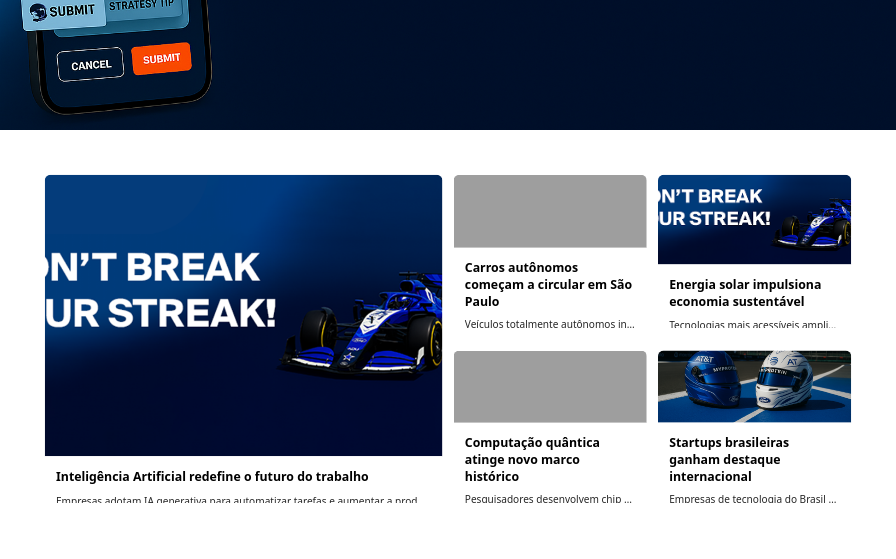
Repository: pedroantoniosi/ngm-esports-site
Page: /
An editor plug-in stored every save of this project. The page is shown before and after the next save, followed by the edit.
The browser window is 1280 px wide. The pictures show the part of the page from y = 534 to 2454 px (the page is 1333 px tall before and 3448 px after), at 70% of full size.
Pictures or frames that could not be fetched are drawn as grey boxes. The project was rebuilt for these pictures with package versions that can differ from the ones it lists, and the page was loaded fresh each time. Also part of the build but not shown: vite.config.ts.

Above is the page before, as saved 2025-10-27 15:50:07.

### index.html
<!doctype html>
<html lang="en">
  <head>
    <meta charset="UTF-8" />
    <link rel="icon" type="image/svg+xml" href="/vite.svg" />
    <meta name="viewport" content="width=device-width, initial-scale=1.0" />
    <title>ngmesports</title>
  </head>
  <body>
    <div id="root"></div>
    <script type="module" src="/src/main.tsx"></script>
  </body>
</html>

### src/main.tsx
import { StrictMode } from "react";
import { createRoot } from "react-dom/client";
import "./index.css";
import "./reset.css";
import App from "./App.tsx";

createRoot(document.getElementById("root")!).render(
  <StrictMode>
    <App />
  </StrictMode>
);

### src/index.css
:root {
  font-family: system-ui, Avenir, Helvetica, Arial, sans-serif;
  font-weight: 400;

  color-scheme: light dark;
  color: rgba(255, 255, 255, 0.87);
  background-color: #001A32;

  font-synthesis: none;
  text-rendering: optimizeLegibility;
  -webkit-font-smoothing: antialiased;
  -moz-osx-font-smoothing: grayscale;
}

.container {
  margin: 0 auto;
  max-width: 1660px;
}




.hero-container {
  min-height: 100svh;
  background-image: url('./assets/img/banner.png');
  background-repeat: no-repeat;
  background-size: cover;
}



.news-container {
  padding: 4rem;
  display: grid;
  grid-template-columns: repeat(4, 1fr);
  grid-template-rows: repeat(2, 1fr);
  gap: 16px;
  background-color: #fff;

  & :nth-child(1) {
    grid-column: span 2 / span 2;
    grid-row: span 2 / span 2;
    height: 100%;
  }

  & :nth-child(2) {
    grid-column-start: 3;
  }

  & :nth-child(3) {
    grid-column-start: 4;
  }

  & :nth-child(4) {
    grid-column-start: 3;
    grid-row-start: 2;
  }

  & :nth-child(5) {
    grid-column-start: 4;
    grid-row-start: 2;
  }

  & .card {
    display: flex;
    flex-direction: column;
    border-radius: 8px;
    overflow: hidden;


    & img {
      width: 100%;
      aspect-ratio: 16/6;
      object-fit: cover;
      background-position: center;
    }

    & .card-caption {
      display: flex;
      flex-direction: column;
      gap: .5rem;
      padding: 1rem;
      background-color: hsl(0, 0%, 100%);
      color: hsl(0, 0%, 0%);

      & .title {
        font-size: 1.1rem;
      }

      & .subtitle {
        font-size: .9rem;
        color: hsl(0, 0%, 15%);
        text-overflow: ellipsis;
        overflow: hidden;
        white-space: nowrap;
      }
    }
  }
}

### src/reset.css
/* <!-- ----------------------------------------------------------------------------------------------------------------- --> */
*,
*::before,
*::after {
  margin: 0;
  padding: 0;
  box-sizing: border-box;
  font-family: system-ui, -apple-system, BlinkMacSystemFont, "Segoe UI", Roboto, Oxygen, Ubuntu, Cantarell, "Open Sans", "Helvetica Neue", sans-serif;
}

input,
button,
select,
textarea {
  cursor: pointer;
  border: transparent;
  background-color: transparent;
  outline: none;
}

textarea {
  resize: none;
  min-height: 150px;

  /* Scrollbar moderno */
  &::-webkit-scrollbar {
    width: 12px;
    /* largura da barra lateral */
    height: 12px;
    /* altura da barra inferior */
  }

  &::-webkit-scrollbar-track {
    background: #0f0f0f;
    /* fundo do track */
  }

  &::-webkit-scrollbar-thumb {
    background-color: #555;
    border-radius: 10px;
    transition: background-color 0.3s ease;

    &:hover {
      background-color: #777;
      /* efeito hover suave */
    }

    &:active {
      background-color: #999;
      /* quando clica */
    }
  }

  /* Firefox */
  scrollbar-width: thin;
  scrollbar-color: #555 #0f0f0f;
}

ul,
ol {
  list-style: none;
}

a {
  text-decoration: none;
}

img,
picture {
  max-width: 100%;
  display: block;
  height: auto;
}

/* <!-- ----------------------------------------------------------------------------------------------------------------- --> */
.row-auto {
  display: flex;

  &>* {
    display: flex;
    flex: 1;
  }
}

.flex-1 {
  display: flex;
  flex: 1;
}

.flex-wrap {
  display: flex;
  flex-wrap: wrap;
}

/* <!-- ----------------------------------------------------------------------------------------------------------------- --> */
.row,
.row-xl,
.row-lg,
.row-md,
.row-sm {
  display: flex;
  flex-direction: row;
}

.col,
.col-xl,
.col-lg,
.col-md,
.col-sm {
  display: flex;
  flex-direction: column;
}

.row-reverse {
  display: flex;
  flex-direction: row-reverse;
}

.col-reverse {
  display: flex;
  flex-direction: column-reverse;
}

/* <!-- ----------------------------------------------------------------------------------------------------------------- --> */
.justify-center {
  justify-content: center;
}

.justify-around {
  justify-content: space-around;
}

.justify-between {
  justify-content: space-between;
}

.justify-evenly {
  justify-content: space-evenly;
}

.justify-start {
  justify-content: flex-start;
}

.justify-end {
  justify-content: flex-end;
}

/* <!-- ----------------------------------------------------------------------------------------------------------------- --> */
.align-center {
  align-items: center;
}

.align-start {
  align-items: start;
}

.align-end {
  align-items: end;
}

.align-self-center {
  align-self: center;
}

.align-self-start {
  align-self: flex-start;
}

.align-self-end {
  align-self: end;
}

/* <!-- ----------------------------------------------------------------------------------------------------------------- --> */
.gap-05 {
  gap: 0.5rem;
}

.gap-1 {
  gap: 1rem;
}

.gap-2 {
  gap: 2rem;
}

.gap-3 {
  gap: 3rem;
}

.gap-4 {
  gap: 4rem;
}

.gap-5 {
  gap: 5rem;
}

/* <!-- ----------------------------------------------------------------------------------------------------------------- --> */
.grid-auto {
  display: grid;
  grid-auto-flow: column;
  grid-auto-columns: 1fr;
}

.grid-2 {
  grid-template-columns: repeat(2, 1fr);
  grid-template-rows: auto;
}

.grid-3 {
  grid-template-columns: repeat(3, 1fr);
  grid-template-rows: auto;
}

.grid-4 {
  grid-template-columns: repeat(4, 1fr);
  grid-template-rows: auto;
}

.grid-5 {
  grid-template-columns: repeat(5, 1fr);
  grid-template-rows: auto;
}

.grid-6 {
  grid-template-columns: repeat(6, 1fr);
  grid-template-rows: auto;
}

.grid-7 {
  grid-template-columns: repeat(7, 1fr);
  grid-template-rows: auto;
}

.grid-8 {
  grid-template-columns: repeat(8, 1fr);
  grid-template-rows: auto;
}

.grid-9 {
  grid-template-columns: repeat(9, 1fr);
  grid-template-rows: auto;
}

.grid-10 {
  grid-template-columns: repeat(10, 1fr);
  grid-template-rows: auto;
}

.grid-11 {
  grid-template-columns: repeat(11, 1fr);
  grid-template-rows: auto;
}

.grid-12 {
  grid-template-columns: repeat(12, 1fr);
  grid-template-rows: auto;
}

.grid-2,
.grid-3,
.grid-4,
.grid-5,
.grid-6,
.grid-7,
.grid-8,
.grid-9,
.grid-10,
.grid-11,
.grid-12 {
  display: grid;
  grid-template-rows: 1fr;
}

/* <!-- -------------------------------- Margin -------------------------------- --> */
.m-auto {
  margin: 0 auto;
}

.mt-auto {
  margin-top: auto;
}

.mb-auto {
  margin-bottom: auto;
}

.ms-auto {
  margin-left: auto;
}

.me-auto {
  margin-right: auto;
}

.m-0 {
  margin: 0;
}

.m-05 {
  margin: 0.5rem;
}

.m-1 {
  margin: 1rem;
}

.m-2 {
  margin: 2rem;
}

.m-3 {
  margin: 3rem;
}

.m-4 {
  margin: 4rem;
}

.m-5 {
  margin: 5rem;
}

.mt-05 {
  margin-top: 0.5rem;
}

.mt-1 {
  margin-top: 1rem;
}

.mt-2 {
  margin-top: 2rem;
}

.mt-3 {
  margin-top: 3rem;
}

.mt-4 {
  margin-top: 4rem;
}

.mt-5 {
  margin-top: 5rem;
}

.mb-05 {
  margin-bottom: 0.5rem;
}

.mb-1 {
  margin-bottom: 1rem;
}

.mb-2 {
  margin-bottom: 2rem;
}

.mb-3 {
  margin-bottom: 3rem;
}

.mb-4 {
  margin-bottom: 4rem;
}

.mb-5 {
  margin-bottom: 5rem;
}

.ms-05 {
  margin-left: 0.5rem;
}

.ms-1 {
  margin-left: 1rem;
}

.ms-2 {
  margin-left: 2rem;
}

.ms-3 {
  margin-left: 3rem;
}

.ms-4 {
  margin-left: 4rem;
}

.ms-5 {
  margin-left: 5rem;
}

.me-05 {
  margin-right: 0.5rem;
}

.me-1 {
  margin-right: 1rem;
}

.me-2 {
  margin-right: 2rem;
}

.me-3 {
  margin-right: 3rem;
}

.me-4 {
  margin-right: 4rem;
}

.me-5 {
  margin-right: 5rem;
}

.mx-05 {
  margin-left: 0.5rem;
  margin-right: 0.5rem;
}

.mx-1 {
  margin-left: 1rem;
  margin-right: 1rem;
}

.mx-2 {
  margin-left: 2rem;
  margin-right: 2rem;
}

.mx-3 {
  margin-left: 3rem;
  margin-right: 3rem;
}

.mx-4 {
  margin-left: 4rem;
  margin-right: 4rem;
}

.mx-5 {
  margin-left: 5rem;
  margin-right: 5rem;
}

.my-05 {
  margin-top: 0.5rem;
  margin-bottom: 0.5rem;
}

.my-1 {
  margin-top: 1rem;
  margin-bottom: 1rem;
}

.my-2 {
  margin-top: 2rem;
  margin-bottom: 2rem;
}

.my-3 {
  margin-top: 3rem;
  margin-bottom: 3rem;
}

.my-4 {
  margin-top: 4rem;
  margin-bottom: 4rem;
}

.my-5 {
  margin-top: 5rem;
  margin-bottom: 5rem;
}

/* <!-- -------------------------------- Padding -------------------------------- --> */
.p-0 {
  padding: 0;
}

.p-05 {
  padding: 0.5rem;
}

.p-1 {
  padding: 1rem;
}

.p-2 {
  padding: 2rem;
}

.p-3 {
  padding: 3rem;
}

.p-4 {
  padding: 4rem;
}

.p-5 {
  padding: 5rem;
}

.pt-05 {
  padding-top: 0.5rem;
}

.pt-1 {
  padding-top: 1rem;
}

.pt-2 {
  padding-top: 2rem;
}

.pt-3 {
  padding-top: 3rem;
}

.pt-4 {
  padding-top: 4rem;
}

.pt-5 {
  padding-top: 5rem;
}

.pb-05 {
  padding-bottom: 0.5rem;
}

.pb-1 {
  padding-bottom: 1rem;
}

.pb-2 {
  padding-bottom: 2rem;
}

.pb-3 {
  padding-bottom: 3rem;
}

.pb-4 {
  padding-bottom: 4rem;
}

.pb-5 {
  padding-bottom: 5rem;
}

.ps-05 {
  padding-left: 0.5rem;
}

.ps-1 {
  padding-left: 1rem;
}

.ps-2 {
  padding-left: 2rem;
}

.ps-3 {
  padding-left: 3rem;
}

.ps-4 {
  padding-left: 4rem;
}

.ps-5 {
  padding-left: 5rem;
}

.pe-05 {
  padding-right: 0.5rem;
}

.pe-1 {
  padding-right: 1rem;
}

.pe-2 {
  padding-right: 2rem;
}

.pe-3 {
  padding-right: 3rem;
}

.pe-4 {
  padding-right: 4rem;
}

.pe-5 {
  padding-right: 5rem;
}

.px-05 {
  padding-left: 0.5rem;
  padding-right: 0.5rem;
}

.px-1 {
  padding-left: 1rem;
  padding-right: 1rem;
}

.px-2 {
  padding-left: 2rem;
  padding-right: 2rem;
}

.px-3 {
  padding-left: 3rem;
  padding-right: 3rem;
}

.px-4 {
  padding-left: 4rem;
  padding-right: 4rem;
}

.px-5 {
  padding-left: 5rem;
  padding-right: 5rem;
}

.py-05 {
  padding-top: 0.5rem;
  padding-bottom: 0.5rem;
}

.py-1 {
  padding-top: 1rem;
  padding-bottom: 1rem;
}

.py-2 {
  padding-top: 2rem;
  padding-bottom: 2rem;
}

.py-3 {
  padding-top: 3rem;
  padding-bottom: 3rem;
}

.py-4 {
  padding-top: 4rem;
  padding-bottom: 4rem;
}

.py-5 {
  padding-top: 5rem;
  padding-bottom: 5rem;
}

/* <!-- -------------------------------- Tools -------------------------------- --> */
.position-absolute {
  position: absolute;
}

.center-aboslute {
  top: 50%;
  left: 50%;
  transform: translate(-50%, -50%);
}

.position-relative {
  position: relative;
}

.position-fixed {
  position: fixed;
}

.position-sticky {
  position: sticky;
}

/* <!-- -------------------------------- Display -------------------------------- --> */
.row,
.row-xl,
.row-lg,
.row-md,
.row-sm {
  display: flex;
}

.d-grid,
.d-grid-xl,
.d-grid-lg,
.d-grid-md,
.d-grid-sm {
  display: grid;
}

.d-none,
.d-none-xl,
.d-none-lg,
.d-none-md,
.d-none-sm {
  display: none;
}

.d-block,
.d-block-xl,
.d-block-lg,
.d-block-md,
.d-block-sm {
  display: block;
}

.d-flex,
.d-flex-xl,
.d-flex-lg,
.d-flex-md,
.d-flex-sm {
  display: flex;
}

/* <!-- -------------------------------- Tools -------------------------------- --> */
.cursor-pointer {
  cursor: pointer;
}

.overflow-hidden {
  overflow: hidden;
}

.textwrap-none {
  white-space: none;
}

.select-none {
  -webkit-user-select: none;
  -moz-user-select: none;
  user-select: none;
}

.text-center {
  text-align: center;
}

.place-center {
  place-items: center;
}

.w-100 {
  width: 100%;
}

.h-100 {
  height: 100%;
}

/* Large screen devices (Desktops) */
@media (max-width: 992px) {
  .row-lg {
    display: flex;
    flex-direction: column;
  }

  .d-flex-lg {
    display: none;
  }

  .d-none-lg {
    display: block;
  }
}

/* Medium Screens Devices (Tablets) */
@media (max-width: 768px) {
  .row-md {
    display: flex;
    flex-direction: column;
  }

  .d-flex-md {
    display: none;
  }

  .d-none-md {
    display: block;
  }
}

/*  Small devices (Phones) */
@media (max-width: 568px) {
  .row-sm {
    display: flex;
    flex-direction: column;
  }

  .d-flex-sm {
    display: none;
  }

  .d-none-sm {
    display: block;
  }
}

/*# sourceMappingURL=reset.css.map */

### src/App.tsx
import Hero from "./components/Hero/Index";
import NewsTemplate from "./components/Template/NewsTemplate";
// import Container from "./components/Container/Index";

function App() {
  return (
    <>
      <Hero />
      <NewsTemplate></NewsTemplate>
    </>
  );
}

export default App;

### src/components/Hero/Index.tsx
import React from "react";

interface HeroProps {
  title?: string;
  subtitle?: string;
  children?: React.ReactNode;
}

const Hero = ({ title = "Welcome", subtitle, children }: HeroProps) => {
  return (
    <section className="hero-container" role="banner" aria-label="Hero">
      <div className="hero-content">
        <h1>{title}</h1>
        {subtitle && <p className="hero-subtitle">{subtitle}</p>}
        {children}
      </div>
    </section>
  );
};

export default Hero;

### src/components/Template/NewsTemplate.tsx
import { useEffect, useState } from "react";
import Card from "../Card";
import { newsData } from "../../api/newsApi";

interface NewsItem {
  img: string;
  title: string;
  subtitle: string;
}

const News = () => {
  const [news, setNews] = useState<NewsItem[]>([]);

  useEffect(() => {
    // Simula chamada de API local
    const fetchNews = async () => {
      await new Promise((resolve) => setTimeout(resolve, 300));
      setNews(newsData);
    };

    fetchNews();
  }, []);

  return (
    <section className="news-container">
      {news.map((item, index) => (
        <Card
          key={index}
          img={item.img}
          title={item.title}
          subtitle={item.subtitle}
        />
      ))}
    </section>
  );
};

export default News;

### src/components/Card/index.tsx
interface NewsProps {
  img?: string;
  title?: string;
  subtitle?: string;
  date?: number;
  children?: React.ReactNode;
}

const Card = ({ img, title, subtitle, children }: NewsProps) => {
  return (
    <>
      <div className="card  col" aria-label="Card">
        <figure className="background-img">
          <img src={img} alt="" />
        </figure>
        <div className="card-caption">
          <h2 className="title">{title}</h2>
          <p className="subtitle">{subtitle}</p>
        </div>
        {children}
      </div>
    </>
  );
};

export default Card;

### src/api/newsApi.tsx
import news1 from "../assets/img/news1.png";
import news2 from "../assets/img/news2.png";
import news3 from "../assets/img/news3.png";
import news4 from "../assets/img/news4.png";
import news5 from "../assets/img/news5.png";

export const newsData = [
  {
    img: news1,
    title: "Inteligência Artificial redefine o futuro do trabalho",
    subtitle:
      "Empresas adotam IA generativa para automatizar tarefas e aumentar a produtividade.",
  },
  {
    img: news2,
    title: "Carros autônomos começam a circular em São Paulo",
    subtitle:
      "Veículos totalmente autônomos iniciam fase de testes nas ruas da capital.",
  },
  {
    img: news3,
    title: "Energia solar impulsiona economia sustentável",
    subtitle:
      "Tecnologias mais acessíveis ampliam o uso de energia limpa em todo o país.",
  },
  {
    img: news4,
    title: "Computação quântica atinge novo marco histórico",
    subtitle:
      "Pesquisadores desenvolvem chip quântico mais estável já criado até hoje.",
  },
  {
    img: news5,
    title: "Startups brasileiras ganham destaque internacional",
    subtitle:
      "Empresas de tecnologia do Brasil atraem investimentos recordes em 2025.",
  },
];

After the next save:
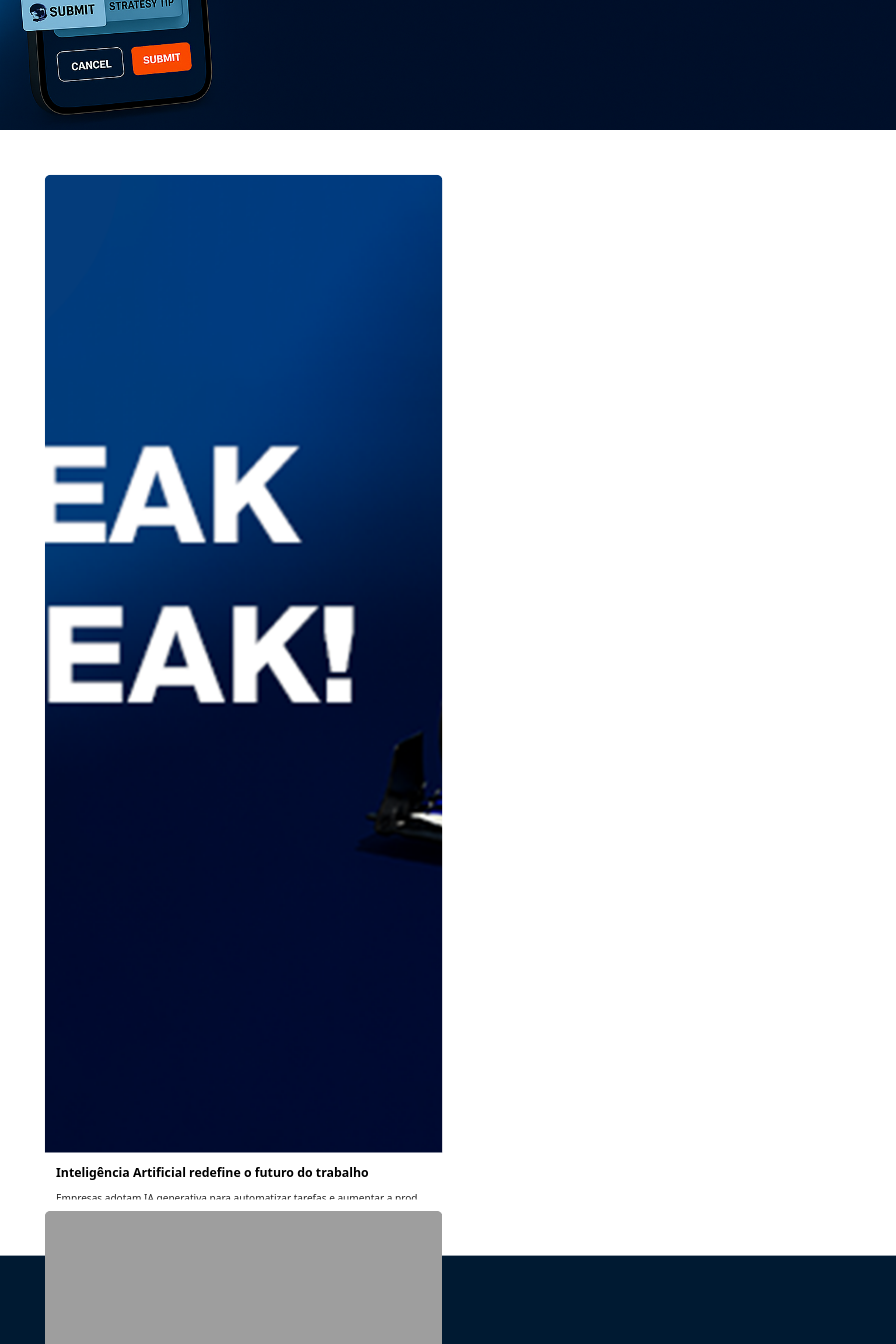
Saved 32 s later.
--- a/src/components/Template/NewsTemplate.tsx
+++ b/src/components/Template/NewsTemplate.tsx
@@ -23,14 +23,16 @@
 
   return (
     <section className="news-container">
-      {news.map((item, index) => (
-        <Card
-          key={index}
-          img={item.img}
-          title={item.title}
-          subtitle={item.subtitle}
-        />
-      ))}
+      <div className="news-content">
+        {news.map((item, index) => (
+          <Card
+            key={index}
+            img={item.img}
+            title={item.title}
+            subtitle={item.subtitle}
+          />
+        ))}
+      </div>
     </section>
   );
 };

After the save that followed:
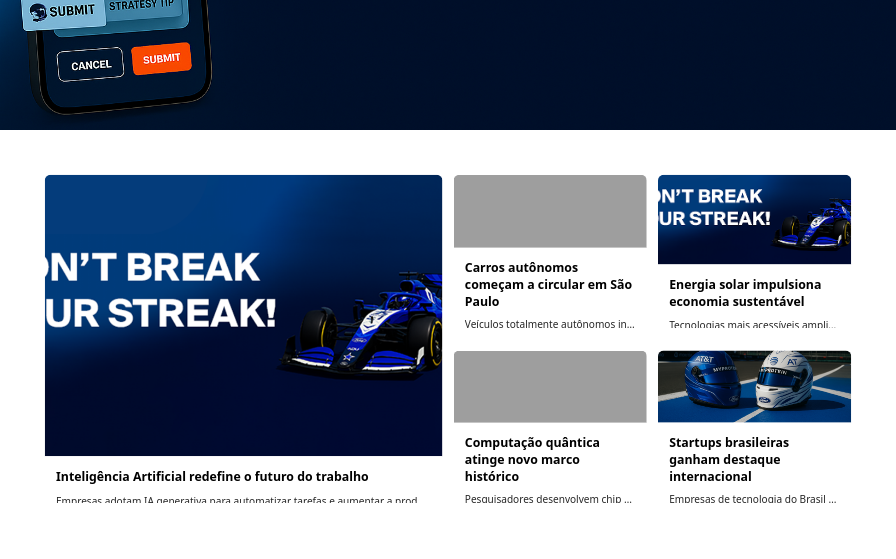
Saved 5 s later.
--- a/src/index.css
+++ b/src/index.css
@@ -29,7 +29,7 @@
 
 
 
-.news-container {
+.news-content {
   padding: 4rem;
   display: grid;
   grid-template-columns: repeat(4, 1fr);
